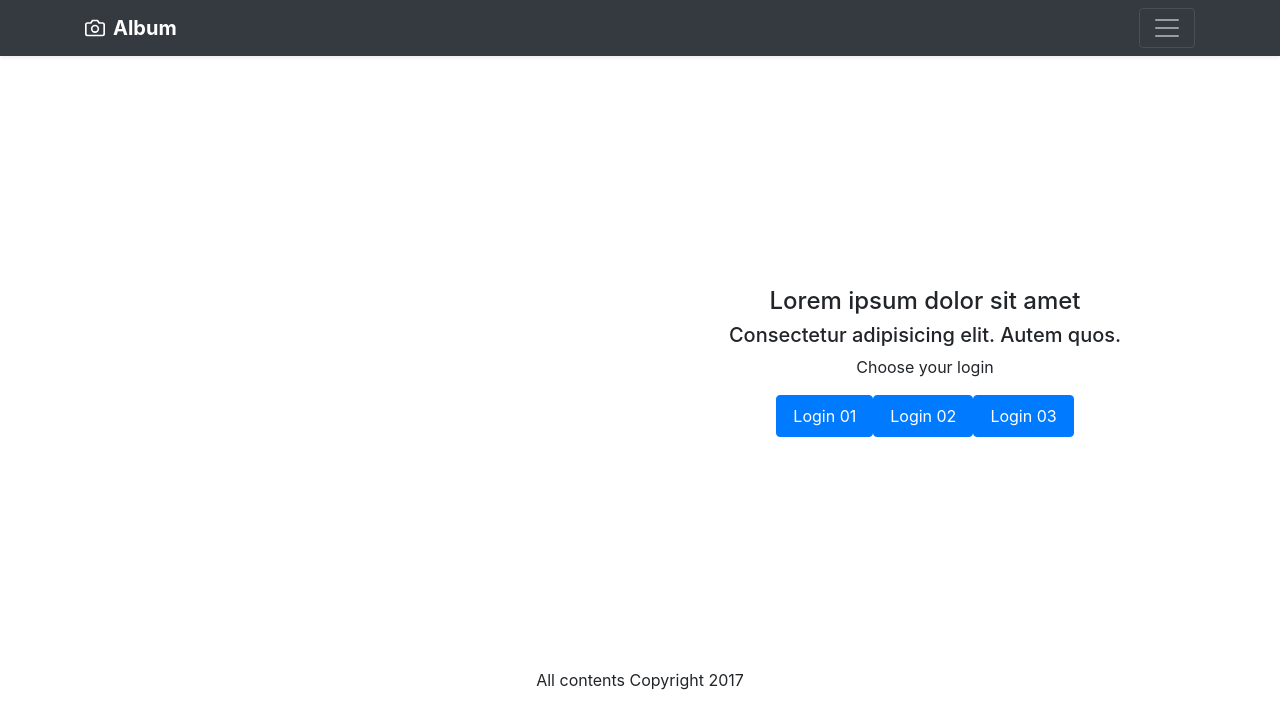
Repository: bijoysen/angular7-landing-login
Page: /
These files come from the project's save history. The page is drawn as it stood at one moment and after the next save; the edit follows.
The browser window is 1280 px wide. The pictures show the whole page.
The project was rebuilt for these pictures with package versions that can differ from the ones it lists, and the page was loaded fresh each time. Also part of the build but not shown: angular.json, src/app/pre/login-one/login-one.component.ts, src/app/pre/login-two/login-two.component.ts, src/app/pre/login-three/login-three.component.ts.

Above is the page before, as saved 2018-12-17 18:42:50.

### src/index.html
<!doctype html>
<html lang="en">
<head>
  <meta charset="utf-8">
  <title>Angular7LandingLogin</title>
  <base href="/">

  <meta name="viewport" content="width=device-width, initial-scale=1">
  <link rel="icon" type="image/x-icon" href="favicon.ico">
</head>
<body>
  <app-root></app-root>
</body>
</html>

### src/app/app.module.ts
import { BrowserModule } from '@angular/platform-browser';
import { NgModule } from '@angular/core';

import { AppRoutingModule } from './app-routing.module';
import { AppComponent } from './app.component';
import { HeaderComponent } from './shared/header/header.component';
import { FooterComponent } from './shared/footer/footer.component';
import { LandingComponent } from './pre/landing/landing.component';
import { LoginOneComponent } from './pre/login-one/login-one.component';
import { LoginTwoComponent } from './pre/login-two/login-two.component';
import { LoginThreeComponent } from './pre/login-three/login-three.component';

@NgModule({
  declarations: [
    AppComponent,
    HeaderComponent,
    FooterComponent,
    LandingComponent,
    LoginOneComponent,
    LoginTwoComponent,
    LoginThreeComponent
  ],
  imports: [
    BrowserModule,
    AppRoutingModule
  ],
  providers: [],
  bootstrap: [AppComponent]
})
export class AppModule { }

### src/app/app.component.ts
import { Component } from '@angular/core';

@Component({
  selector: 'app-root',
  templateUrl: './app.component.html',
  styleUrls: ['./app.component.scss']
})
export class AppComponent {
  title = 'angular7-landing-login';
}

### src/app/app.component.html
<app-header></app-header>
<router-outlet></router-outlet>
<app-landing></app-landing>

<app-footer></app-footer>

### src/app/shared/header/header.component.html
<header>
	<div class="collapse bg-dark" id="navbarHeader">
		<div class="container">
			<div class="row">
				<div class="col-sm-8 col-md-7 py-4">
					<h4 class="text-white">About</h4>
					<p class="text-muted">Add some information about the album below, the author, or any other background context. Make it a few sentences long so folks can pick up some informative tidbits. Then, link them off to some social networking sites or contact information.</p>
				</div>
				<div class="col-sm-4 offset-md-1 py-4">
					<h4 class="text-white">Contact</h4>
					<ul class="list-unstyled">
						<li><a href="#" class="text-white">Follow on Twitter</a></li>
						<li><a href="#" class="text-white">Like on Facebook</a></li>
						<li><a href="#" class="text-white">Email me</a></li>
					</ul>
				</div>
			</div>
		</div>
	</div>
	<div class="navbar navbar-dark bg-dark shadow-sm">
		<div class="container d-flex justify-content-between">
			<a href="#" class="navbar-brand d-flex align-items-center">
				<svg xmlns="http://www.w3.org/2000/svg" width="20" height="20" viewBox="0 0 24 24" fill="none" stroke="currentColor" stroke-width="2" stroke-linecap="round" stroke-linejoin="round" class="mr-2"><path d="M23 19a2 2 0 0 1-2 2H3a2 2 0 0 1-2-2V8a2 2 0 0 1 2-2h4l2-3h6l2 3h4a2 2 0 0 1 2 2z"></path><circle cx="12" cy="13" r="4"></circle></svg>
				<strong>Album</strong>
			</a>
			<button class="navbar-toggler" type="button" data-toggle="collapse" data-target="#navbarHeader" aria-controls="navbarHeader" aria-expanded="false" aria-label="Toggle navigation">
			<span class="navbar-toggler-icon"></span>
			</button>
		</div>
	</div>
</header>

### src/app/shared/footer/footer.component.html
<footer class="pageFooter text-center">
  <p>All contents Copyright 2017</p>
</footer>

### src/app/pre/landing/landing.component.html
<section class="pageContent">
	<div class="container">
		<div class="row align-items-center">
			<div class="col-md-6"></div>
			<div class="col-md-6">
				<div class="accountsArea text-center">
					<h4>Lorem ipsum dolor sit amet</h4>
					<h5>Consectetur adipisicing elit. Autem quos.</h5>
					<p>Choose your login</p>
					<ul class="nav justify-content-center">
						<li class="nav-item"><a href="#" class="nav-link btn btn-primary">Login 01</a></li>
						<li class="nav-item"><a href="#" class="nav-link btn btn-primary">Login 02</a></li>
						<li class="nav-item"><a href="#" class="nav-link btn btn-primary">Login 03</a></li>
					</ul>
				</div>
			</div>
		</div>
	</div>
</section>

### src/app/pre/landing/landing.component.scss
.pageContent {
    > .container > .row {
        height: 85vh;
    }
}

Loaded but not shown: src/styles.scss (common file); src/main.ts (common file); src/environments/environment.ts (common file); src/app/app-routing.module.ts (common file); src/app/shared/header/header.component.ts (common file); src/app/shared/footer/footer.component.ts (common file); src/app/pre/landing/landing.component.ts (common file); src/app/shared/header/header.component.scss (no stored copy; drawn as an empty file); src/app/app.component.scss (no stored copy; drawn as an empty file); src/app/shared/footer/footer.component.scss (no stored copy; drawn as an empty file)

After the next save:
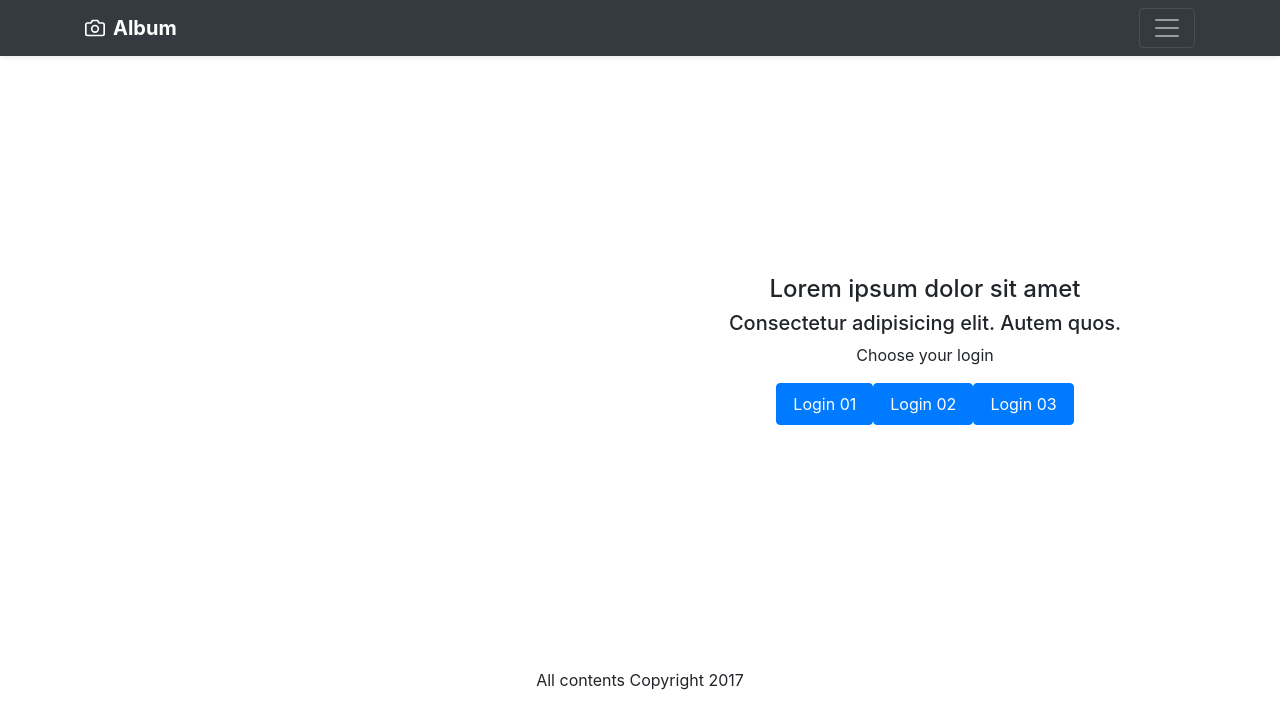
Saved 19 s later.
--- a/src/app/pre/landing/landing.component.html
+++ b/src/app/pre/landing/landing.component.html
@@ -8,7 +8,7 @@
 					<h5>Consectetur adipisicing elit. Autem quos.</h5>
 					<p>Choose your login</p>
 					<ul class="nav justify-content-center">
-						<li class="nav-item"><a href="#" class="nav-link btn btn-primary">Login 01</a></li>
+						<li class="nav-item"><a href="#" class="nav-link btn btn-primary">Login 01</a> &nbsp;</li>
 						<li class="nav-item"><a href="#" class="nav-link btn btn-primary">Login 02</a></li>
 						<li class="nav-item"><a href="#" class="nav-link btn btn-primary">Login 03</a></li>
 					</ul>

After the save that followed:
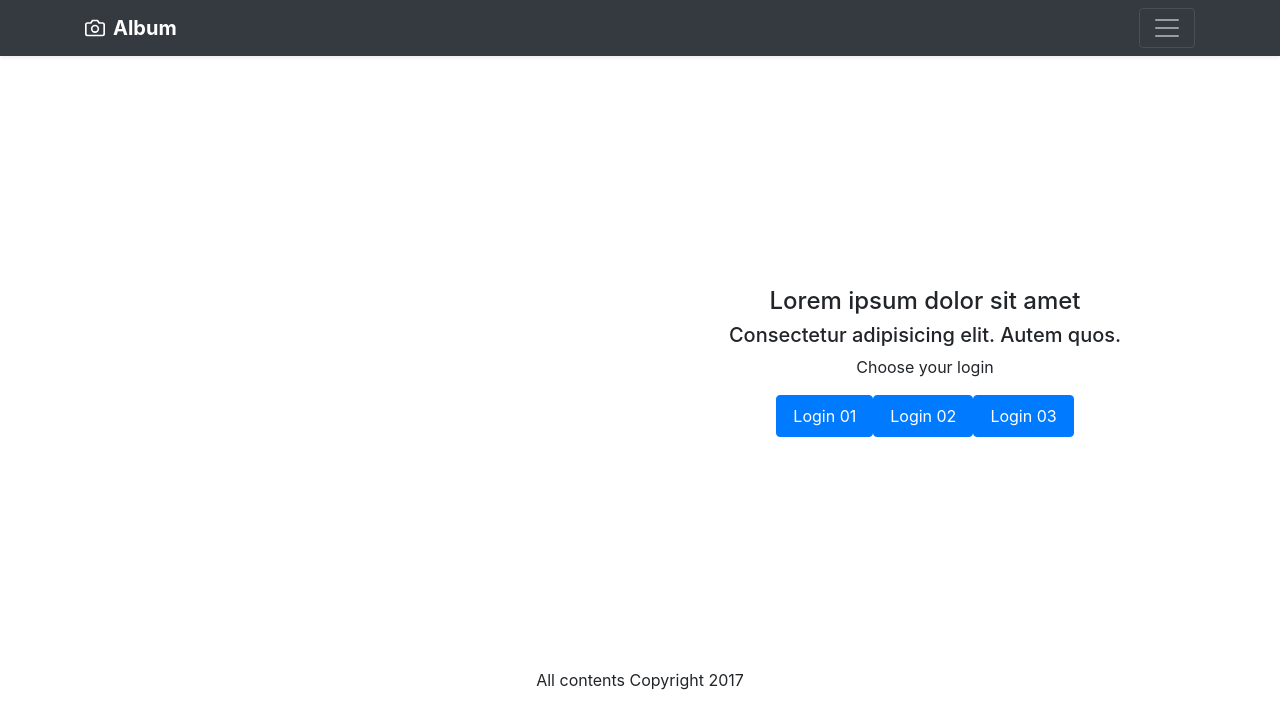
Saved 6 s later.
--- a/src/app/pre/landing/landing.component.html
+++ b/src/app/pre/landing/landing.component.html
@@ -8,7 +8,7 @@
 					<h5>Consectetur adipisicing elit. Autem quos.</h5>
 					<p>Choose your login</p>
 					<ul class="nav justify-content-center">
-						<li class="nav-item"><a href="#" class="nav-link btn btn-primary">Login 01</a> &nbsp;</li>
+						<li class="nav-item"><a href="#" class="nav-link btn btn-primary">Login 01</a></li>
 						<li class="nav-item"><a href="#" class="nav-link btn btn-primary">Login 02</a></li>
 						<li class="nav-item"><a href="#" class="nav-link btn btn-primary">Login 03</a></li>
 					</ul>
